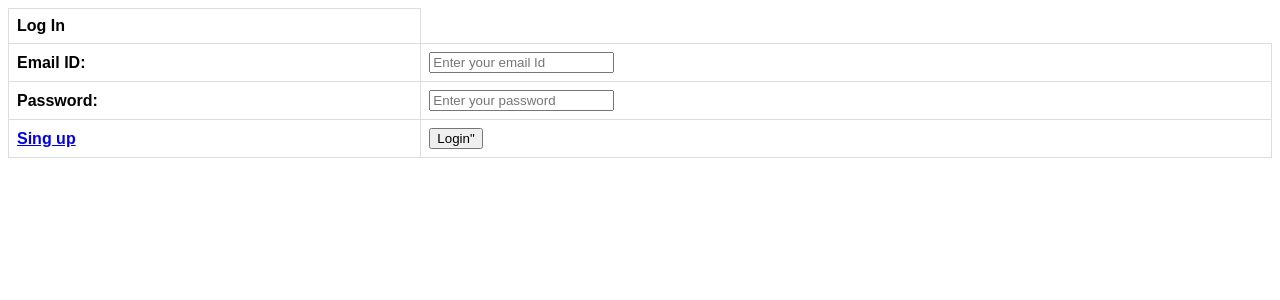
Repository: akki1071993/JavaServlet
Page: http://localhost/HttpServletFilterDemo/login.html
These files come from the project's save history. The page is drawn as it stood at one moment and after the next save; the edit follows.
The browser window is 1280 px wide. The pictures show the whole page.
The page is served by Tomcat 9.

Above is the page before, as saved 2022-06-15 10:14:38.

After the next save:
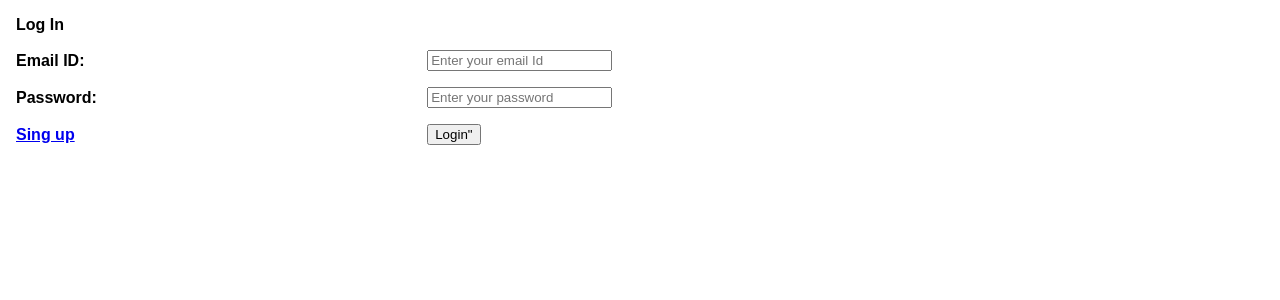
Saved 13 s later.
--- a/HttpServletFilterDemo/src/main/webapp/table.css
+++ b/HttpServletFilterDemo/src/main/webapp/table.css
@@ -1,13 +1,12 @@
 @charset "ISO-8859-1";
 
 table {
-  font-family: arial, sans-serif;
-  border-collapse: collapse;
-  width: 100%;
+	font-family: arial, sans-serif;
+	border-collapse: collapse;
+	width: 100%;
 }
 
 td, th {
-  border: 1px solid #dddddd;
-  text-align: left;
-  padding: 8px;
+	text-align: left;
+	padding: 8px;
 }
